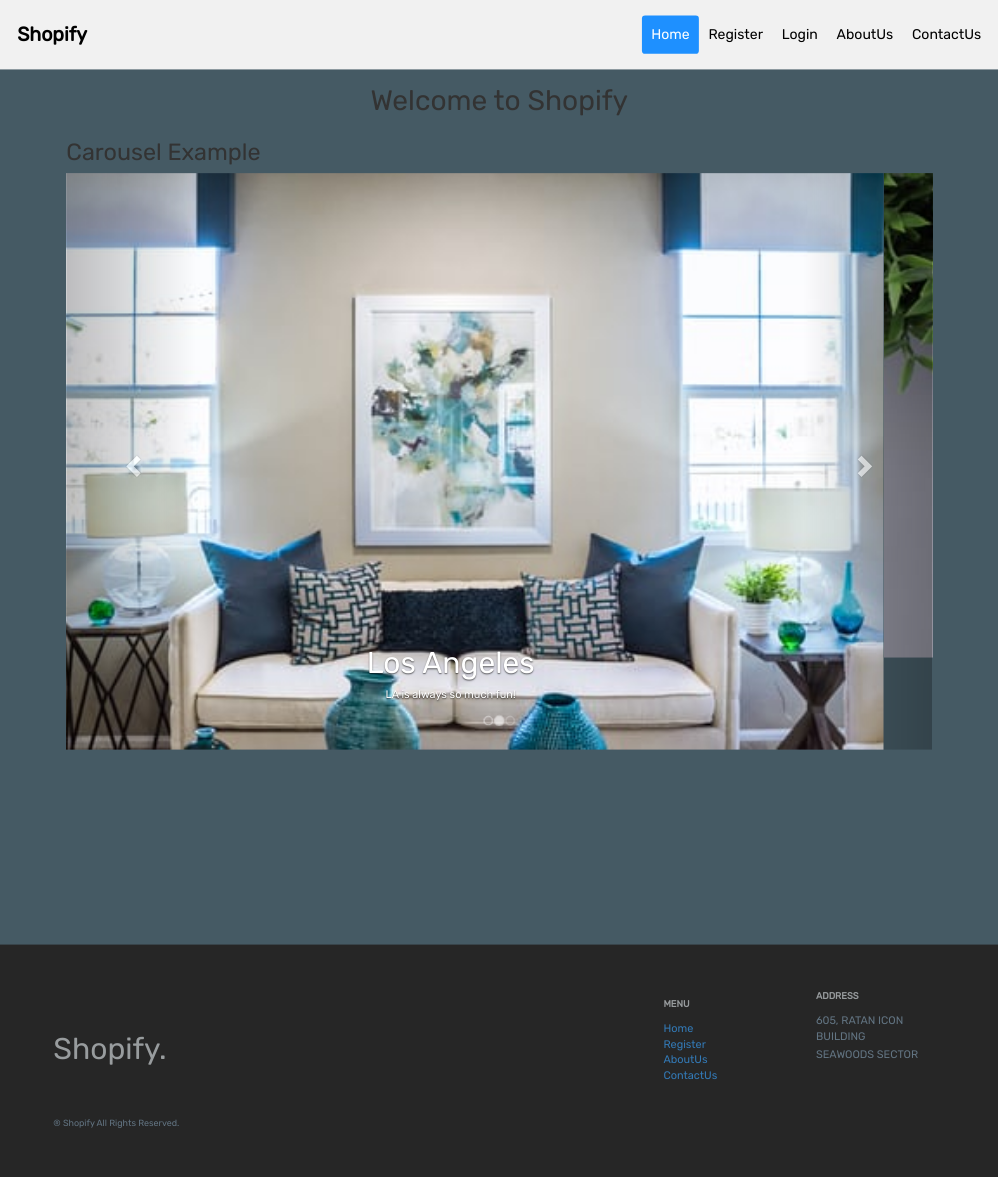
Repository: Yasmeen198/The_Project
Page: http://localhost/Shopify_Frontend/WEB-INF/views/index.jsp
An editor plug-in stored every save of this project. The page is shown before and after the next save, followed by the edit.
The browser window is 1280 px wide. The pictures show the whole page, at 78% of full size.
Some web libraries are served in a nearby version. The page is served by Tomcat 9. Nobody is signed in. Other server files are loaded and not shown. The template is opened directly, without the code that normally fills it, so the values that code supplies are empty.

Above is the page before, as saved 2021-05-23 14:59:11.

### Shopify_Frontend/src/main/webapp/WEB-INF/views/index.jsp
<%@ page language="java" contentType="text/html; charset=UTF-8" pageEncoding="UTF-8" %>
<%@ taglib prefix="c" uri="http://java.sun.com/jsp/jstl/core"%>
<%@ taglib uri="http://www.springframework.org/security/tags" prefix="security"%>
<%@include file="CommonHeader.jsp"%>
<html>
<body>
<h1 align="center">Welcome to Shopify</h1>
<c:if test="${pageContext.request.userPrincipal.name == null}">
		<%@include file="/WEB-INF/views/MyCarousel.jsp" %>
		</c:if>

</body>
</html>
<%@include file="footer.jsp"%>

### Shopify_Frontend/src/main/webapp/WEB-INF/views/CommonHeader.jsp
<!DOCTYPE html>
<html>
<head>
<meta name="viewport" content="width=device-width, initial-scale=1">
<link rel="stylesheet"
	href="https://maxcdn.bootstrapcdn.com/bootstrap/4.5.2/css/bootstrap.min.css">
<script
	src="https://ajax.googleapis.com/ajax/libs/jquery/3.5.1/jquery.min.js"></script>
<script
	type="https://cdnjs.cloudflare.com/ajax/libs/popper.js/1.16.0/umd/popper.min.js"></script>
<script
	src="https://maxcdn.bootstrapcdn.com/bootstrap/3.4.1/js/bootstrap.min.js"></script>
<style>
* {box-sizing: border-box;}

body {
  margin: 0;
  font-family: Arial, Helvetica, sans-serif;
}

.header {
  overflow: hidden;
  background-color: #f1f1f1;
  padding: 20px 10px;
}

.header a {
  float: left;
  color: black;
  text-align: center;
  padding: 12px;
  text-decoration: none;
  font-size: 18px;
  line-height: 25px;
  border-radius: 4px;
}

.header a.logo {
  font-size: 25px;
  font-weight: bold;
}

.header a:hover {
  background-color: #ddd;
  color: black;
}

.header a.active {
  background-color: dodgerblue;
  color: white;
}

.header-right {
  float: right;
}

@media screen and (max-width: 500px) {
  .header a {
    float: none;
    display: block;
    text-align: left;
  }

  .header-right {
    float: none;
  }
}
</style>
</head>
<body>

<div class="header">
  <a href="index" class="logo">Shopify</a>
  <div class="header-right">
    <a class="active" href="index">Home</a>
    <a href="register">Register</a>
    <a href="login">Login</a>
    <a href="aboutUs">AboutUs</a>
    <a href="contact">ContactUs</a>
  </div>
</div>


</body>
</html>

### Shopify_Frontend/src/main/webapp/WEB-INF/views/MyCarousel.jsp
<!DOCTYPE html>
<html lang="en">
<head>
  <title>Bootstrap Example</title>
  <meta charset="utf-8">
  <meta name="viewport" content="width=device-width, initial-scale=1">
  <link rel="stylesheet" href="https://maxcdn.bootstrapcdn.com/bootstrap/3.4.1/css/bootstrap.min.css">
  <script src="https://ajax.googleapis.com/ajax/libs/jquery/3.5.1/jquery.min.js"></script>
  <script src="https://maxcdn.bootstrapcdn.com/bootstrap/3.4.1/js/bootstrap.min.js"></script>
</head>
<body>
<div class="container">
  <h2>Carousel Example</h2>
  <div id="myCarousel" class="carousel slide" data-ride="carousel">
    <!-- Indicators -->
    <ol class="carousel-indicators">
      <li data-target="#myCarousel" data-slide-to="0" class="active"></li>
      <li data-target="#myCarousel" data-slide-to="1"></li>
      <li data-target="#myCarousel" data-slide-to="2"></li>
    </ol>

    <!-- Wrapper for slides -->
    <div class="carousel-inner">

      <div class="item active">
        <img src="images/carousel1.jpg" alt="Image1" style="width:100%;">
        <div class="carousel-caption">
          <h3>Los Angeles</h3>
          <p>LA is always so much fun!</p>
        </div>
      </div>

      <div class="item">
        <img src="images/carousel2.jpg" alt="Image2" style="width:100%;">
        <div class="carousel-caption">
          <h3>Chicago</h3>
          <p>Thank you, Chicago!</p>
        </div>
      </div>

      <div class="item">
        <img src="images/carousel3.jpg" alt="Image3" style="width:100%;">
        <div class="carousel-caption">
          <h3>New York</h3>
          <p>We love the Big Apple!</p>
        </div>
      </div>

    </div>

    <!-- Left and right controls -->
    <a class="left carousel-control" href="#myCarousel" data-slide="prev">
      <span class="glyphicon glyphicon-chevron-left"></span>
      <span class="sr-only">Previous</span>
    </a>
    <a class="right carousel-control" href="#myCarousel" data-slide="next">
      <span class="glyphicon glyphicon-chevron-right"></span>
      <span class="sr-only">Next</span>
    </a>
  </div>
</div>

</body>
</html>

### Shopify_Frontend/src/main/webapp/WEB-INF/views/footer.jsp
<!DOCTYPE html>
<html lang="en">
<head>
  <title>Bootstrap 4 Footer with Social icons</title>
  <meta charset="utf-8">
  <meta name="viewport" content="width=device-width, initial-scale=1">
  <link href='https://stackpath.bootstrapcdn.com/bootstrap/4.3.1/css/bootstrap.min.css'>
  <script src='https://stackpath.bootstrapcdn.com/bootstrap/4.3.1/js/bootstrap.bundle.min.js'></script>
  <link href='https://cdnjs.cloudflare.com/ajax/libs/font-awesome/4.7.0/css/font-awesome.min.css'>
  <script src='https://cdnjs.cloudflare.com/ajax/libs/jquery/3.2.1/jquery.min.js'></script>
   <style type="text/css">

 @import url('https://fonts.googleapis.com/css?family=Rubik&display=swap');

 body {
     background: linear-gradient(0deg, #fff, 50%, #DEEEFE);
     font-family: 'Rubik', sans-serif;
     background: #455A64;
     height: 100 !important
 }

 .container-fluid {
     overflow: hidden;
     margin-top: 250px;
     background: #262626;
     color: #627482 !important;
     margin-bottom: 0;
     padding-bottom: 0
 }

 small {
     font-size: calc(12px + (15 - 12) * ((100vw - 360px) / (1600 - 360))) !important
 }

 .bold-text {
     color: #989c9e !important
 }

 .mt-55 {
     margin-top: calc(50px + (60 - 50) * ((100vw - 360px) / (1600 - 360))) !important
 }

 h3 {
     font-size: calc(34px + (40 - 34) * ((100vw - 360px) / (1600 - 360))) !important
 }

 .social {
     font-size: 21px !important
 }

 .rights {
     font-size: calc(10px + (12 - 10) * ((100vw - 360px) / (1600 - 360))) !important
 }
   </style>
</head>
<body>
 <div class="container-fluid pb-0 mb-0 justify-content-center text-light ">
     <footer>
         <div class="row my-5 justify-content-center py-5">
             <div class="col-11">
                 <div class="row ">
                     <div class="col-xl-8 col-md-4 col-sm-4 col-12 my-auto mx-auto a">
                         <h3 class="text-muted mb-md-0 mb-5 bold-text">Shopify.</h3>
                     </div>
                     <div class="col-xl-2 col-md-4 col-sm-4 col-12">
                         <h6 class="mb-3 mb-lg-4 bold-text "><b>MENU</b></h6>
                         <ul class="list-unstyled">
                             <li><a class="active" href="index">Home</a></li>
                             <li><a href="register">Register</a></li>
                             <li><a href="aboutUs">AboutUs</a></li>
                             <li><a href="contact">ContactUs</a></li>
                         </ul>
                     </div>
                     <div class="col-xl-2 col-md-4 col-sm-4 col-12">
                         <h6 class="mb-3 mb-lg-4 text-muted bold-text mt-sm-0 mt-5"><b>ADDRESS</b></h6>
                         <p class="mb-1">605, RATAN ICON BUILDING</p>
                         <p>SEAWOODS SECTOR</p>
                     </div>
                 </div>
                 <div class="row ">
                     <div class="col-xl-8 col-md-4 col-sm-4 col-auto my-md-0 mt-5 order-sm-1 order-3 align-self-end">
                         <p class="social text-muted mb-0 pb-0 bold-text"> <span class="mx-2"><i class="fa fa-facebook" aria-hidden="true"></i></span> <span class="mx-2"><i class="fa fa-linkedin-square" aria-hidden="true"></i></span> <span class="mx-2"><i class="fa fa-twitter" aria-hidden="true"></i></span> <span class="mx-2"><i class="fa fa-instagram" aria-hidden="true"></i></span> </p><small class="rights"><span>&#174;</span> Shopify All Rights Reserved.</small>
                     </div>
                 </div>
             </div>
         </div>
     </footer>
 </div>
  </body>
</html>

After the next save:
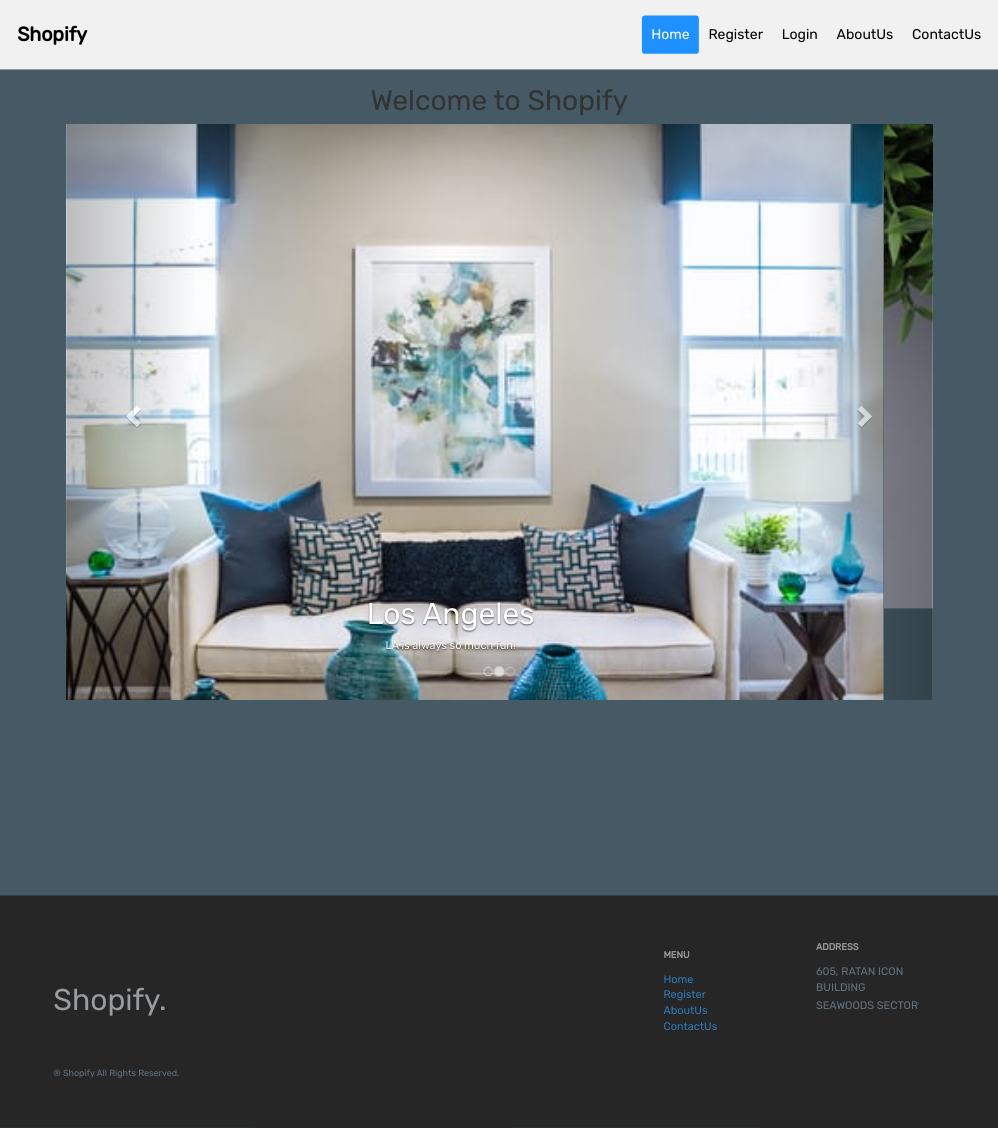
Saved 27 s later.
--- a/Shopify_Frontend/src/main/webapp/WEB-INF/views/MyCarousel.jsp
+++ b/Shopify_Frontend/src/main/webapp/WEB-INF/views/MyCarousel.jsp
@@ -10,7 +10,6 @@
 </head>
 <body>
 <div class="container">
-  <h2>Carousel Example</h2>
   <div id="myCarousel" class="carousel slide" data-ride="carousel">
     <!-- Indicators -->
     <ol class="carousel-indicators">
